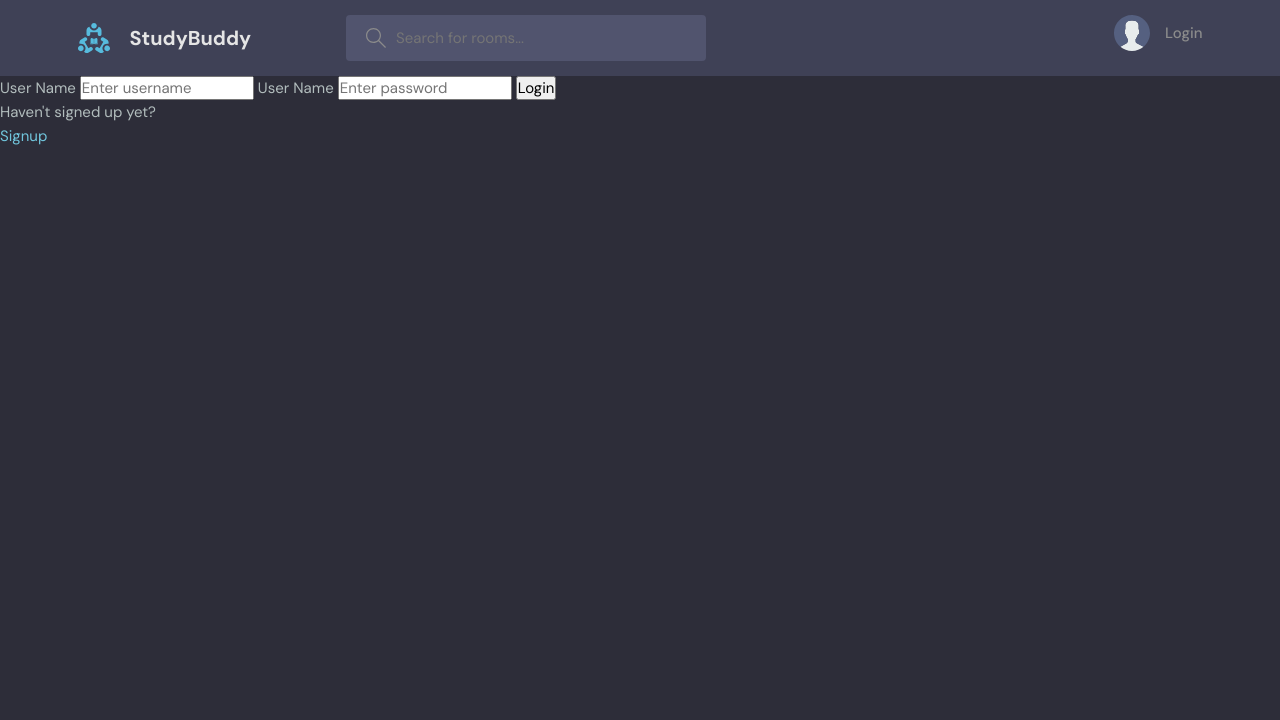
Repository: Dibbya65/Django-Basic
Page: http://localhost/login/
The author's editor kept a copy of each file at every save. The page is drawn from the files as they stood at one save, then again after the next save.
The browser window is 1280 px wide. The pictures show the whole page.
The page is served by the project's application, run on Django 3.2 (manage.py). Other server files are loaded and not shown.

Above is the page before, as saved 2021-11-20 19:15:23.

### base/templates/base/login.html
{% extends 'layouts/master.html' %}
{% block title %}Register{% endblock title%}
{% block content %}

{% if page == 'login' %}
<div>
    <form method="POST" action="#">
        {% csrf_token %}
        <label for="username">User Name</label>
        <input type="text" id="username" name="username" placeholder="Enter username">
        <label for="password">User Name</label>
        <input type="text" id="password" name="password" placeholder="Enter password">
        <input type="submit" value="Login">
    </form>
    <p>Haven't signed up yet?</p>
    <a href="{% url 'register' %}">Signup</a>
</div>
{% else %}
<div>
    <form method="POST" action="">
        {% csrf_token %}
        {{form.as_p}}
        <input type="submit" value="Register">
    </form>
    <p>Already signed up?</p>
    <a href="{% url 'login' %}">Login</a>
</div>
<main class="auth layout">
    <div class="container">
        <div class="layout__box">
            <div class="layout__boxHeader">
                <div class="layout__boxTitle">
                    <h3>Login</h3>
                </div>
            </div>
            <div class="layout__body">
                <h2 class="auth__tagline">Find your study partner</h2>

                <form class="form" action="#">
                    <div class="form__group">
                        <label for="room_name">Username</label>
                        <input id="username" name="username" type="text" placeholder="e.g. dennis_ivy" />
                    </div>
                    <div class="form__group">
                        <label for="password">Password</label>
                        <input id="password" name="password" type="password"
                            placeholder="&bull;&bull;&bull;&bull;&bull;&bull;&bull;&bull;" />
                    </div>

                    <button class="btn btn--main" type="submit">
                        <svg version="1.1" xmlns="http://www.w3.org/2000/svg" width="32" height="32"
                            viewBox="0 0 32 32">
                            <title>lock</title>
                            <path
                                d="M27 12h-1v-2c0-5.514-4.486-10-10-10s-10 4.486-10 10v2h-1c-0.553 0-1 0.447-1 1v18c0 0.553 0.447 1 1 1h22c0.553 0 1-0.447 1-1v-18c0-0.553-0.447-1-1-1zM8 10c0-4.411 3.589-8 8-8s8 3.589 8 8v2h-16v-2zM26 30h-20v-16h20v16z">
                            </path>
                            <path
                                d="M15 21.694v4.306h2v-4.306c0.587-0.348 1-0.961 1-1.694 0-1.105-0.895-2-2-2s-2 0.895-2 2c0 0.732 0.413 1.345 1 1.694z">
                            </path>
                        </svg>

                        Login
                    </button>
                </form>

                <div class="auth__action">
                    <p>Haven't signed up yet?</p>
                    <a href="signup.html" class="btn btn--link">Sign Up</a>
                </div>
            </div>
        </div>
    </div>
</main>

{% endif %}

{% endblock content %}

### templates/layouts/master.html
<!DOCTYPE html>
{% load static %}
<html lang="en">

  <head>
    <meta charset="UTF-8" />
    <meta http-equiv="X-UA-Compatible" content="IE=edge" />
    <meta name="viewport" content="width=device-width, initial-scale=1.0" />
    <link rel="shortcut icon" href="assets/favicon.ico" type="image/x-icon" />


    <title>StudyBuddy | {% block title %} {% endblock %}</title>
    <link rel="stylesheet" type="text/css" href="{% static 'styles/style.css' %}">
  </head>

  <body>
    {% include 'base/navbar.html' %}

    {% if messages %}
    <ul class="messages">
      {% for message in messages %}
      <li>{{ message }}</li>
      {% endfor %}
    </ul>
    {% endif %}
    {% block content %}{% endblock %}

    <script type="text/javascript" src="{% static 'js/script.js' %}"></script>
  </body>

</html>

### base/templates/base/navbar.html
{% load static %}
<header class="header header--loggedIn">
  <div class="container">
    <a href="/" class="header__logo">
      <img src="{% static 'assets/logo.svg' %}" />
      <h1>StudyBuddy</h1>
    </a>
    <form class="header__search" action="{% url 'home' %}" method="GET">
      <label>
        <svg version="1.1" xmlns="http://www.w3.org/2000/svg" width="32" height="32" viewBox="0 0 32 32">
          <title>search</title>
          <path
            d="M32 30.586l-10.845-10.845c1.771-2.092 2.845-4.791 2.845-7.741 0-6.617-5.383-12-12-12s-12 5.383-12 12c0 6.617 5.383 12 12 12 2.949 0 5.649-1.074 7.741-2.845l10.845 10.845 1.414-1.414zM12 22c-5.514 0-10-4.486-10-10s4.486-10 10-10c5.514 0 10 4.486 10 10s-4.486 10-10 10z">
          </path>
        </svg>
        <input type="text" placeholder="Search for rooms..." name="q" />
      </label>
    </form>
    <nav class="header__menu">
      <!-- Not Logged In -->
      {% if not request.user.is_authenticated %}
      <a href="{% url 'login' %}">
        <img src="{% static 'assets/avatar.svg' %}" />
        <p>Login</p>
      </a>
      {%else%}
      <div class="header__user">
        <a href="{%  url 'user-profile' request.user.id %}">
          <div class="avatar avatar--medium active">
            <img src="https://randomuser.me/api/portraits/men/37.jpg" />
          </div>
          <p>{{request.user.username}} <span>@{{request.user.username}}</span></p>
        </a>
        <button class="dropdown-button">
          <svg version="1.1" xmlns="http://www.w3.org/2000/svg" width="32" height="32" viewBox="0 0 32 32">
            <title>chevron-down</title>
            <path d="M16 21l-13-13h-3l16 16 16-16h-3l-13 13z"></path>
          </svg>
        </button>
      </div>

      <div class="dropdown-menu">
        <a href="{% url 'update-user' %}" class="dropdown-link"><svg version="1.1" xmlns="http://www.w3.org/2000/svg"
            width="32" height="32" viewBox="0 0 32 32">
            <title>tools</title>
            <path
              d="M27.465 32c-1.211 0-2.35-0.471-3.207-1.328l-9.392-9.391c-2.369 0.898-4.898 0.951-7.355 0.15-3.274-1.074-5.869-3.67-6.943-6.942-0.879-2.682-0.734-5.45 0.419-8.004 0.135-0.299 0.408-0.512 0.731-0.572 0.32-0.051 0.654 0.045 0.887 0.277l5.394 5.395 3.586-3.586-5.394-5.395c-0.232-0.232-0.336-0.564-0.276-0.887s0.272-0.596 0.572-0.732c2.552-1.152 5.318-1.295 8.001-0.418 3.274 1.074 5.869 3.67 6.943 6.942 0.806 2.457 0.752 4.987-0.15 7.358l9.392 9.391c0.844 0.842 1.328 2.012 1.328 3.207-0 2.5-2.034 4.535-4.535 4.535zM15.101 19.102c0.26 0 0.516 0.102 0.707 0.293l9.864 9.863c0.479 0.479 1.116 0.742 1.793 0.742 1.398 0 2.535-1.137 2.535-2.535 0-0.668-0.27-1.322-0.742-1.793l-9.864-9.863c-0.294-0.295-0.376-0.74-0.204-1.119 0.943-2.090 1.061-4.357 0.341-6.555-0.863-2.631-3.034-4.801-5.665-5.666-1.713-0.561-3.468-0.609-5.145-0.164l4.986 4.988c0.391 0.391 0.391 1.023 0 1.414l-5 5c-0.188 0.188-0.441 0.293-0.707 0.293s-0.52-0.105-0.707-0.293l-4.987-4.988c-0.45 1.682-0.397 3.436 0.164 5.146 0.863 2.631 3.034 4.801 5.665 5.666 2.2 0.721 4.466 0.604 6.555-0.342 0.132-0.059 0.271-0.088 0.411-0.088z">
            </path>
          </svg>
          Settings</a>
        <a href="{% url 'logout' %}" class="dropdown-link"><svg version="1.1" xmlns="http://www.w3.org/2000/svg"
            width="32" height="32" viewBox="0 0 32 32">
            <title>sign-out</title>
            <path
              d="M3 0h22c0.553 0 1 0 1 0.553l-0 3.447h-2v-2h-20v28h20v-2h2l0 3.447c0 0.553-0.447 0.553-1 0.553h-22c-0.553 0-1-0.447-1-1v-30c0-0.553 0.447-1 1-1z">
            </path>
            <path
              d="M21.879 21.293l1.414 1.414 6.707-6.707-6.707-6.707-1.414 1.414 4.293 4.293h-14.172v2h14.172l-4.293 4.293z">
            </path>
          </svg>
          Logout</a>
      </div>
      {% endif %}


    </nav>
  </div>
</header>

### base/views.py
from django.shortcuts import render, redirect
from django.http import HttpResponse
from django.db.models import Q
from django.contrib.auth.models import User
from django.contrib.auth import authenticate, login, logout
from django.contrib.auth.forms import UserCreationForm
from django.contrib import messages
from django.contrib.auth.decorators import login_required
from .models import Room, Topic, Message
from .forms import RoomForm, UserForm

# Create your views here.


def login_page(request):
    page = "login"

    if request.user.is_authenticated:
        return redirect("home")

    if request.method == "POST":
        username = request.POST.get("username").lower()
        password = request.POST.get("password")

        try:
            user = User.objects.get(username=username)
        except:
            messages.error(request, "User does not exist")

        user = authenticate(request, username=username, password=password)

        if user is not None:
            login(request, user)
            return redirect("home")
        else:
            messages.error(request, "Invalid credentials")

    context = {"page": page}
    return render(request, "base/login.html", context)


def logout_user(request):
    logout(request)
    return redirect("home")


def register_page(request):
    form = UserCreationForm()

    if request.method == "POST":
        form = UserCreationForm(request.POST)
        if form.is_valid():
            user = form.save(commit=False)
            user.username = user.username.lower()
            user.save()

            login(request, user)

            return redirect("home")
        else:
            messages.error(request, "User registration failed")

    context = {"form": form}

    return render(request, "base/login.html", context)


def home(request):
    q = request.GET.get("q") if request.GET.get("q") != None else ""
    rooms = Room.objects.filter(
        Q(topic__name__icontains=q) | Q(name__icontains=q) | Q(description__icontains=q)
    )
    topics = Topic.objects.all()
    room_count = rooms.count()
    room_messges = Message.objects.filter(Q(room__topic__name__icontains=q))

    context = {
        "rooms": rooms,
        "topics": topics,
        "room_count": room_count,
        "room_messages": room_messges,
    }
    return render(request, "base/home.html", context)


def room(request):
    rooms = Room.objects.all()
    context = {"rooms": rooms}
    return render(request, "base/room.html", context)


def roomdetail(request, pk):
    room = Room.objects.get(id=pk)
    room_messages = room.message_set.all()
    participants = room.participants.all()

    if request.method == "POST":
        message = Message.objects.create(
            user=request.user, room=room, body=request.POST.get("body")
        )
        room.participants.add(request.user)
        return redirect("room-detail", pk=room.id)

    context = {
        "room": room,
        "room_messages": room_messages,
        "participants": participants,
    }
    return render(request, "base/single-room.html", context)


@login_required(login_url="login")
def create_room(request):
    form = RoomForm()
    topics = Topic.objects.all()
    if request.method == "POST":
        topic_name = request.POST.get("topic")
        topic, created = Topic.objects.get_or_create(name=topic_name)

        Room.objects.create(
            host=request.user,
            topic=topic,
            name=request.POST.get("name"),
            description=request.POST.get("description"),
        )
        # form = RoomForm(request.POST)
        # if form.is_valid():
        #     room = form.save(commit=False)
        #     room.host = request.user
        #     room.save()
        return redirect("home")

    context = {"form": form, "topics": topics}
    return render(request, "base/room_form.html", context)


def user_profile(request, pk):
    user = User.objects.get(id=pk)
    rooms = user.room_set.all()
    room_messages = user.message_set.all()
    topics = Topic.objects.all()
    context = {
        "user": user,
        "rooms": rooms,
        "room_messages": room_messages,
        "topics": topics,
    }
    return render(request, "base/profile.html", context)


@login_required(login_url="login")
def update_room(request, pk):
    room = Room.objects.get(id=pk)
    form = RoomForm(instance=room)
    topics = Topic.objects.all()

    if request.user != room.host:
        return HttpResponse("Unauthenticated!")

    if request.method == "POST":
        topic_name = request.POST.get("topic")
        topic, created = Topic.objects.get_or_create(name=topic_name)
        room.name = request.POST.get("name")
        room.topic = topic
        room.description = request.POST.get("description")
        room.save()

        return redirect("home")

    context = {"form": form, "topics": topics, "room": room}
    return render(request, "base/room_form.html", context)


@login_required(login_url="login")
def delete_room(request, pk):
    room = Room.objects.get(id=pk)
    if request.user != room.host:
        return HttpResponse("Unauthenticated!")

    if request.method == "POST":
        room.delete()
        return redirect("home")
    return render(request, "base/delete.html", {"obj": room})


@login_required(login_url="login")
def delete_message(request, pk):
    msg = Message.objects.get(id=pk)
    if request.user != msg.user:
        return HttpResponse("Unauthenticated!")

    if request.method == "POST":
        msg.delete()
        return redirect("home")
    return render(request, "base/delete.html", {"obj": msg})


@login_required(login_url="login")
def update_user(request):
    user = request.user
    form = UserForm(instance=user)

    if request.method == "POST":
        form = UserForm(request.POST, instance=user)
        if form.is_valid():
            form.save()
            return redirect("user-profile", pk=user.id)

    return render(request, "base/update-user.html", {"form": form})

### studybud/urls.py
"""studybud URL Configuration

The `urlpatterns` list routes URLs to views. For more information please see:
    https://docs.djangoproject.com/en/3.2/topics/http/urls/
Examples:
Function views
    1. Add an import:  from my_app import views
    2. Add a URL to urlpatterns:  path('', views.home, name='home')
Class-based views
    1. Add an import:  from other_app.views import Home
    2. Add a URL to urlpatterns:  path('', Home.as_view(), name='home')
Including another URLconf
    1. Import the include() function: from django.urls import include, path
    2. Add a URL to urlpatterns:  path('blog/', include('blog.urls'))
"""
from django.contrib import admin
from django.urls import path, include


urlpatterns = [
    path('admin/', admin.site.urls),
    path('', include('base.urls'))
]

### base/urls.py
from django.urls import path
from . import views

urlpatterns = [
    path("login/", views.login_page, name="login"),
    path("register/", views.register_page, name="register"),
    path("logout/", views.logout_user, name="logout"),
    path("", views.home, name="home"),
    path("room/", views.room, name="room"),
    path("profile/<str:pk>", views.user_profile, name="user-profile"),
    path("update/user/", views.update_user, name="update-user"),
    path("room/<str:pk>", views.roomdetail, name="room-detail"),
    path("create/room/", views.create_room, name="create-room"),
    path("update/room/<str:pk>/", views.update_room, name="update-room"),
    path("delete/room/<str:pk>/", views.delete_room, name="delete-room"),
    path("delete/message/<str:pk>/", views.delete_message, name="delete-message"),
]

Loaded but not shown: static/assets/logo.svg (12 lines, source omitted); static/assets/avatar.svg (49 lines, source omitted); static/js/script.js (69 lines, source omitted); static/styles/style.css (1166 lines, source omitted)

After the next save:
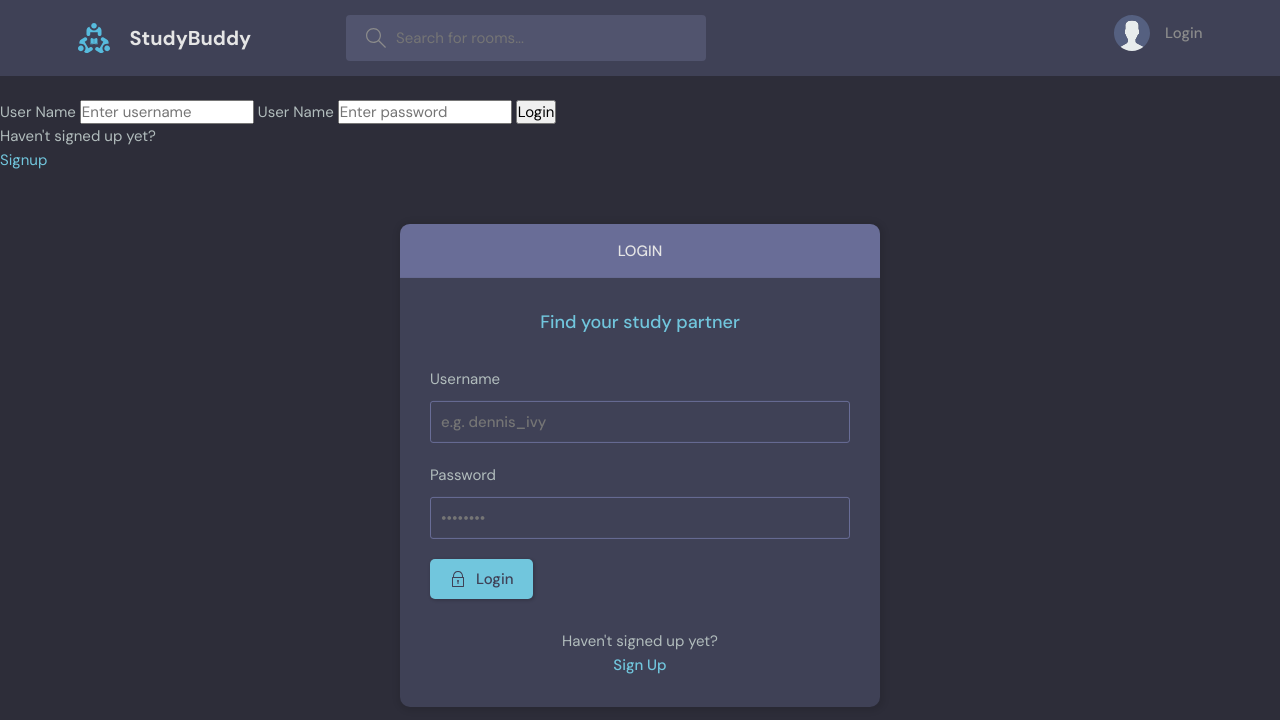
Saved 22 s later.
--- a/base/templates/base/login.html
+++ b/base/templates/base/login.html
@@ -1,30 +1,6 @@
 {% extends 'layouts/master.html' %}
 {% block title %}Register{% endblock title%}
 {% block content %}
-
-{% if page == 'login' %}
-<div>
-    <form method="POST" action="#">
-        {% csrf_token %}
-        <label for="username">User Name</label>
-        <input type="text" id="username" name="username" placeholder="Enter username">
-        <label for="password">User Name</label>
-        <input type="text" id="password" name="password" placeholder="Enter password">
-        <input type="submit" value="Login">
-    </form>
-    <p>Haven't signed up yet?</p>
-    <a href="{% url 'register' %}">Signup</a>
-</div>
-{% else %}
-<div>
-    <form method="POST" action="">
-        {% csrf_token %}
-        {{form.as_p}}
-        <input type="submit" value="Register">
-    </form>
-    <p>Already signed up?</p>
-    <a href="{% url 'login' %}">Login</a>
-</div>
 <main class="auth layout">
     <div class="container">
         <div class="layout__box">
@@ -71,6 +47,30 @@
         </div>
     </div>
 </main>
+{% if page == 'login' %}
+<div>
+    <form method="POST" action="#">
+        {% csrf_token %}
+        <label for="username">User Name</label>
+        <input type="text" id="username" name="username" placeholder="Enter username">
+        <label for="password">User Name</label>
+        <input type="text" id="password" name="password" placeholder="Enter password">
+        <input type="submit" value="Login">
+    </form>
+    <p>Haven't signed up yet?</p>
+    <a href="{% url 'register' %}">Signup</a>
+</div>
+{% else %}
+<div>
+    <form method="POST" action="">
+        {% csrf_token %}
+        {{form.as_p}}
+        <input type="submit" value="Register">
+    </form>
+    <p>Already signed up?</p>
+    <a href="{% url 'login' %}">Login</a>
+</div>
+
 
 {% endif %}
 
